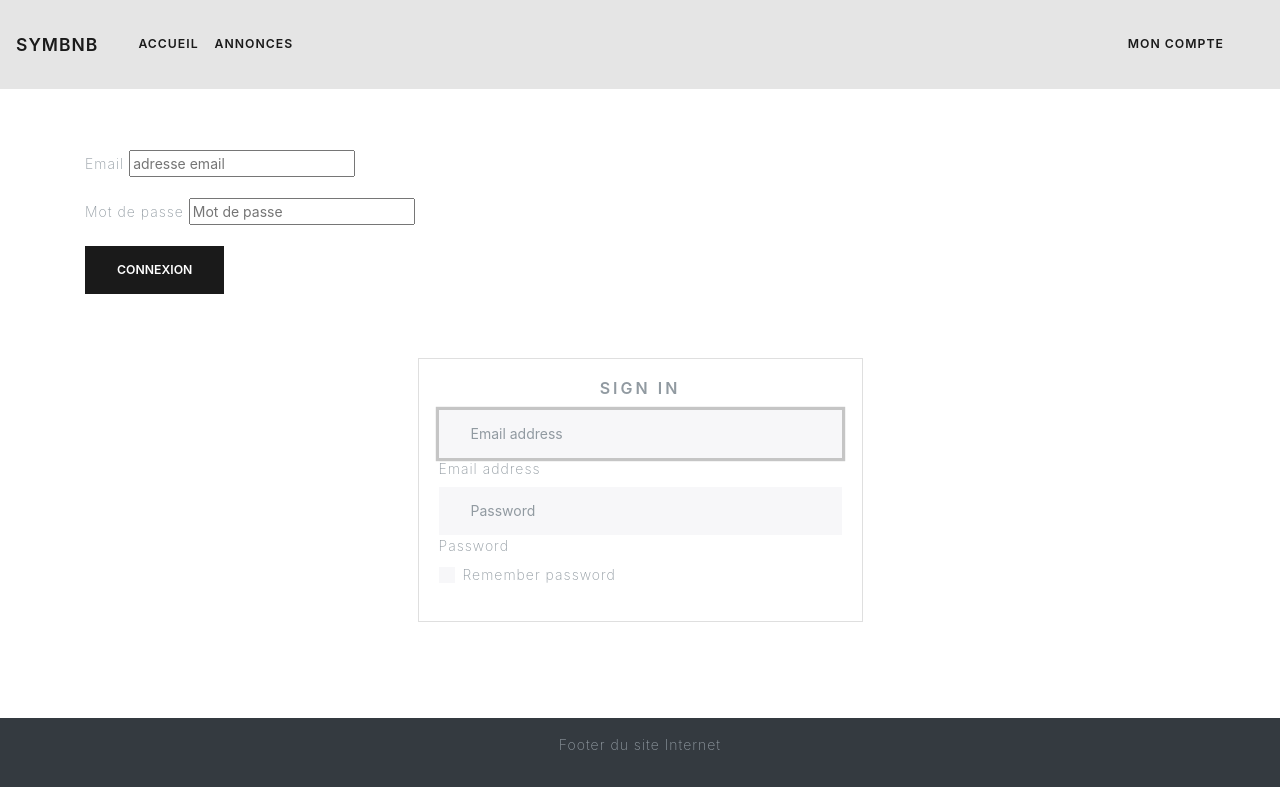
Repository: buzzEclair/symbnb
Page: templates/account/login.html.twig
These files come from the project's save history. The page is drawn as it stood at one moment and after the next save; the edit follows.
The browser window is 1280 px wide. The pictures show the whole page.
Some web fonts or font styles are not loaded; a fallback is used. The page is a Twig template of a Symfony application; nobody is signed in and links lead nowhere. The template is opened directly, without the code that normally fills it, so the values that code supplies are empty.

Above is the page before, as saved 2019-03-03 17:01:23.

### templates/account/login.html.twig
{% extends 'base.html.twig' %}

{% block title %}Login!{% endblock %}

{% block body %}
<div class="container">
    <form action="">
        <div class="form-group">
            <label for="email">Email</label>
            <input type="text" name="_username" id="email" placeholder="adresse email">
        </div>
        <div class="form-group">
            <label for="password">Mot de passe</label>
            <input type="password" name="_password" id="password" placeholder="Mot de passe">
        </div>
        <div class="form-group">
            <button type="submit" class="btn btn-primary">Connexion</button>
        </div>
    </form>
    <div class="row">
    <div class="col-sm-9 col-md-7 col-lg-5 mx-auto">
        <div class="card card-signin my-5">
        <div class="card-body">
            <h5 class="card-title text-center">Sign In</h5>
            <form class="form-signin">
            <div class="form-label-group">
                <input type="email" id="inputEmail" class="form-control" placeholder="Email address" required autofocus>
                <label for="inputEmail">Email address</label>
            </div>

            <div class="form-label-group">
                <input type="password" id="inputPassword" class="form-control" placeholder="Password" required>
                <label for="inputPassword">Password</label>
            </div>

            <div class="custom-control custom-checkbox mb-3">
                <input type="checkbox" class="custom-control-input" id="customCheck1">
                <label class="custom-control-label" for="customCheck1">Remember password</label>
            </div>

            </form>
        </div>
        </div>
    </div>
    </div>
</div>
{% endblock %}

### templates/base.html.twig
<!DOCTYPE html>
<html>
    <head>
        <meta charset="UTF-8">
        <title>{% block title %}Welcome!{% endblock %}</title>
        <link rel="stylesheet" href="/css/bootstrap.min.css">
        <link rel="stylesheet" href="/css/base.css">
        {% block stylesheets %}{% endblock %}
    </head>
    <body>

        {% include 'partials/header.html.twig' %}

        <style>
            .container{padding-top: 150px;}
        </style>
        {% block body %}{% endblock %}
        {% include 'partials/footer.html.twig' %}
        <script src="/js/jquery.min.js"></script>
        <script src="/js/popper.min.js"></script>
        <script src="/js/bootstrap.min.js"></script>
        {% block javascripts %}{% endblock %}
    </body>
</html>

### templates/partials/header.html.twig
<nav class="navbar navbar-expand-lg">
    <a class="navbar-brand" href="{{path('homepage')}}">Symbnb</a>
    <button class="navbar-toggler" type="button" data-toggle="collapse" data-target="#navbarColor01" aria-controls="navbarColor01" aria-expanded="false" aria-label="Toggle navigation">
        <span class="navbar-toggler-icon">Menu</span>
    </button>

    <div class="collapse navbar-collapse" id="navbarColor01">
        <ul class="navbar-nav mr-auto">
            <li class="">
                <a class="nav-link" href="{{path('homepage')}}">Accueil </a>
            </li>
            <li class="">
                <a class="nav-link" href="{{path('ads_index')}}">Annonces </a>
            </li>
        </ul>

        <ul class="navbar-nav ml-auto">
            <li class="nav-item">
                <a class="nav-link" href="{{path('homepage')}}">Mon compte</a>
            </li>
        </ul>
    </div>
</nav>

{% for label, messages in app.flashes %}
    <div class="container">
        <div class="alert alert-success">
            {% for message in messages %}
                <p>{{ message | raw }}</p>
            {% endfor %}
        </div>
    </div>
{% endfor %}

### templates/partials/footer.html.twig
<footer class="mt-5 bg-dark py-3 text-center">
    <p>Footer du site Internet</p>
</footer>

### public/css/base.css
.navbar{
    position: absolute;
    z-index: 10;
    width: 100%;
    background: rgba(0, 0, 0, 0.1);
}

Loaded but not shown: public/css/bootstrap.min.css (library); public/js/jquery.min.js (library); public/js/popper.min.js (library); public/js/bootstrap.min.js (library)

After the next save:
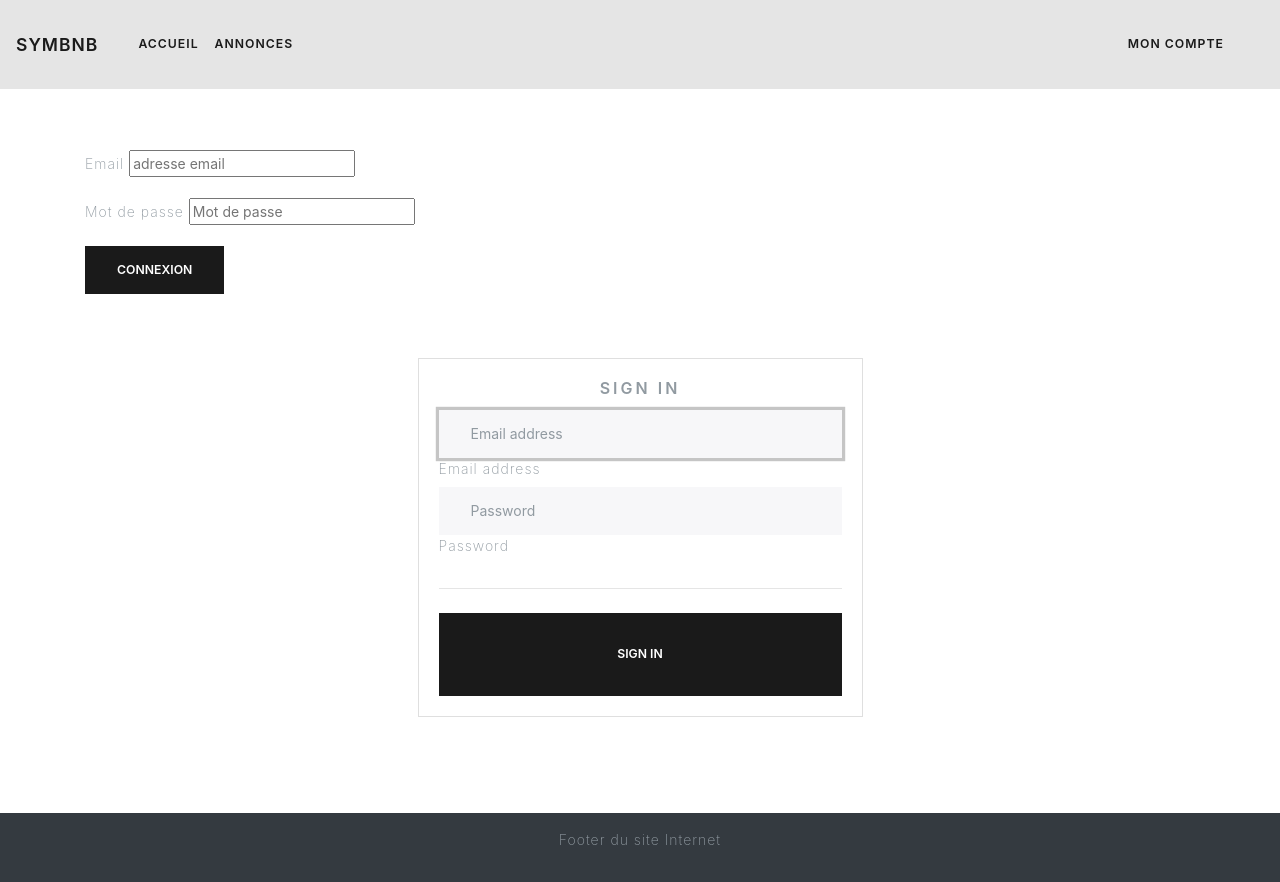
Saved 20 s later.
--- a/templates/account/login.html.twig
+++ b/templates/account/login.html.twig
@@ -33,10 +33,9 @@
                 <label for="inputPassword">Password</label>
             </div>
 
-            <div class="custom-control custom-checkbox mb-3">
-                <input type="checkbox" class="custom-control-input" id="customCheck1">
-                <label class="custom-control-label" for="customCheck1">Remember password</label>
-            </div>
+            <hr class="my-4">
+            <button class="btn btn-lg btn-primary btn-block text-uppercase" type="submit">Sign in</button>
+
 
             </form>
         </div>
